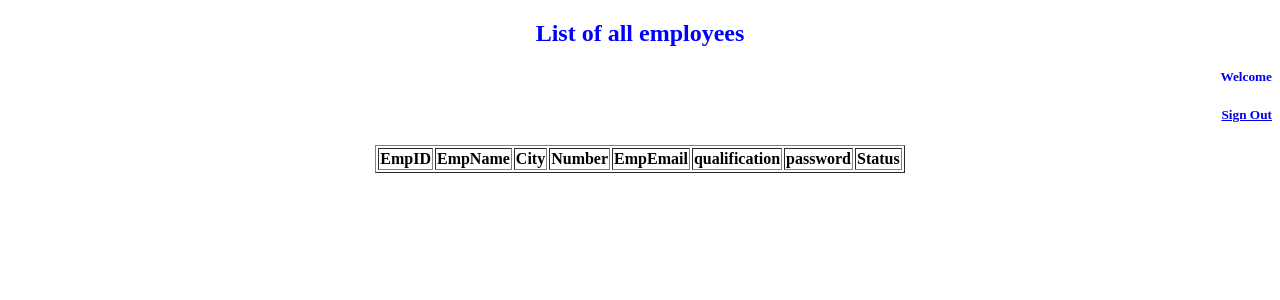
Repository: nehakunwar/SkillMap_Projects
Page: http://localhost/WebNaukariServletJspApp/WEB-INF/views/getAllRecordManager.jsp
An editor plug-in stored every save of this project. The page is shown before and after the next save, followed by the edit.
The browser window is 1280 px wide. The pictures show the whole page.
The page is served by Tomcat 9. Nobody is signed in. Other server files are loaded and not shown. The template is opened directly, without the code that normally fills it, so the values that code supplies are empty.

Above is the page before, as saved 2018-07-27 23:41:07.

### WebNaukariServletJspApp/WebContent/WEB-INF/views/getAllRecordManager.jsp
<%@ page language="java" contentType="text/html; charset=UTF-8"
    pageEncoding="UTF-8"%>
<%@ taglib uri="http://java.sun.com/jsp/jstl/core" prefix="c" %>
<%@ taglib uri="http://java.sun.com/jsp/jstl/sql" prefix="sql" %>
<%@ taglib uri="http://java.sun.com/jsp/jstl/functions" prefix="fn" %>
<!DOCTYPE html PUBLIC "-//W3C//DTD HTML 4.01 Transitional//EN"
    "http://www.w3.org/TR/html4/loose.dtd">
<html>
<head>
<meta http-equiv="Content-Type" content="text/html; charset=UTF-8">
<title>JSP List Users Records</title>
</head>
<body>
<h2 align="center" style="color:blue;"><b>List of all employees</b></h2>
<c:set var="name" value="${sessionScope.employeeSession}"></c:set>
 <h5 align="right" style="color:blue;">Welcome <c:out value="${name.empName}"></c:out></h5>
  <h5 align="right" style="color:black;"><a href="logout"> Sign Out</a></h5>
<table border="1" align="center">
<tr><th>EmpID</th><th>EmpName</th><th>City</th><th>Number</th><th>EmpEmail</th><th>qualification</th><th>password</th><th>Status</th></tr>
<c:forEach items="${Employee }" var="res">
<c:set var="role" value="${requestScope.role}"/>

<c:set var="t" value="${res.role}"/>

<c:if test="${fn:startsWith(t, 'T')&& res.status==1}">
<tr>
<td>${res.empId }</td>
<td>${res.empName }</td>
<td>${res.city }</td>
<td>${res.contactNumber}</td>
<td>${res.empEmail }</td>
<td>${res.empQualification }</td>
<td>${res.password }</td>

<td>${res.status} </td>

</tr>
</c:if>

</c:forEach>
</table>
</body>
</html>

After the next save:
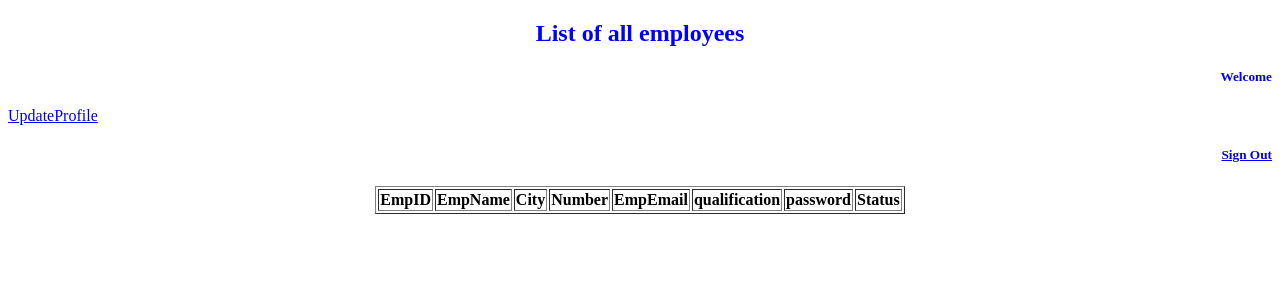
Saved 2 min 57 s later.
--- a/WebNaukariServletJspApp/WebContent/WEB-INF/views/getAllRecordManager.jsp
+++ b/WebNaukariServletJspApp/WebContent/WEB-INF/views/getAllRecordManager.jsp
@@ -14,6 +14,7 @@
 <h2 align="center" style="color:blue;"><b>List of all employees</b></h2>
 <c:set var="name" value="${sessionScope.employeeSession}"></c:set>
  <h5 align="right" style="color:blue;">Welcome <c:out value="${name.empName}"></c:out></h5>
+ <a href="userUpdateProfile">UpdateProfile</a>
   <h5 align="right" style="color:black;"><a href="logout"> Sign Out</a></h5>
 <table border="1" align="center">
 <tr><th>EmpID</th><th>EmpName</th><th>City</th><th>Number</th><th>EmpEmail</th><th>qualification</th><th>password</th><th>Status</th></tr>
